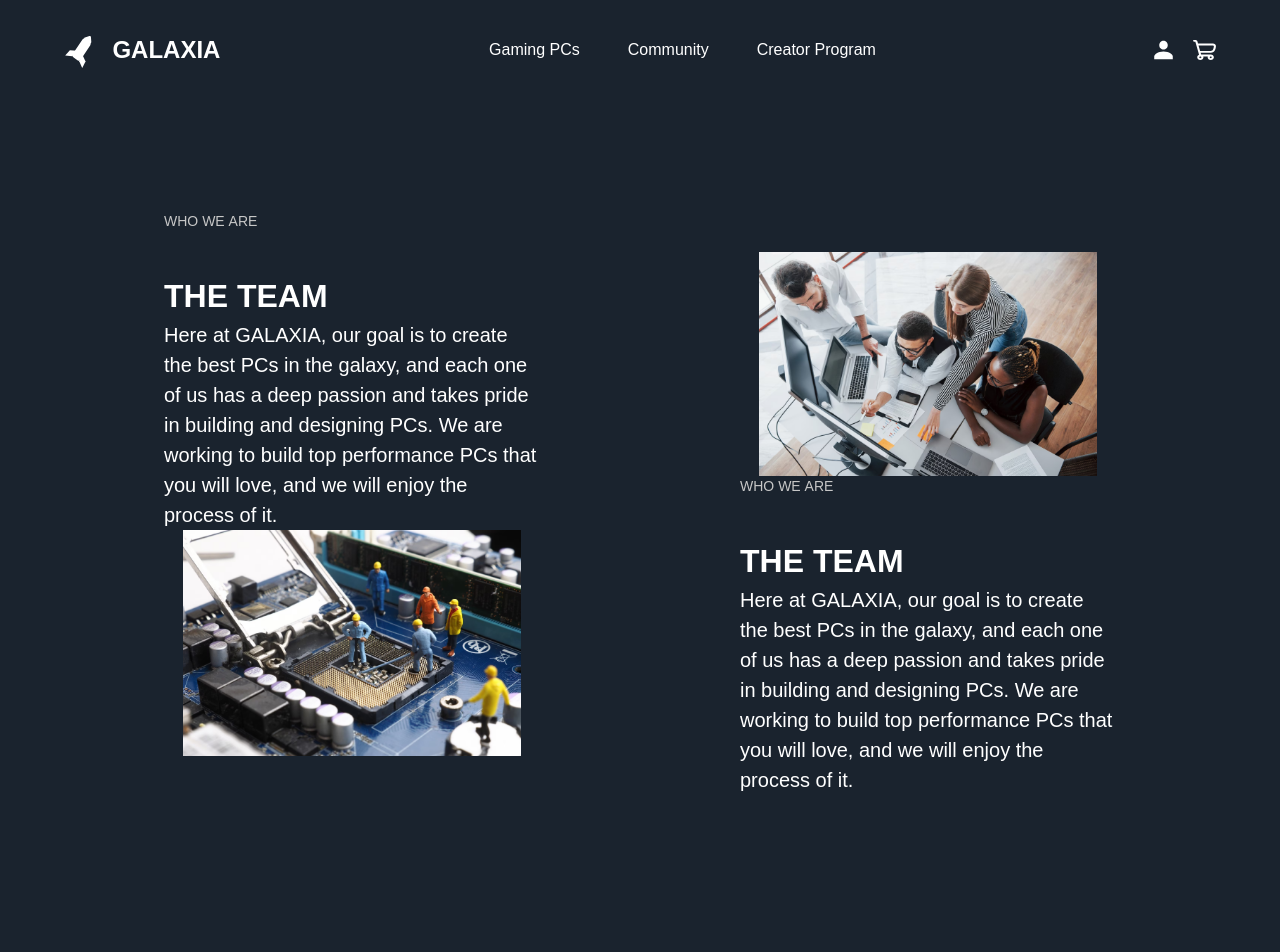
Repository: kaitlynlie/galaxia_pcs
Page: /community
These files come from the project's save history. The page is drawn as it stood at one moment and after the next save; the edit follows.
The browser window is 1280 px wide. The pictures show the part of the page from y = 0 to 952 px (the page is 2290 px tall).
Some web fonts or font styles are not loaded; a fallback is used. The project was rebuilt for these pictures with package versions that can differ from the ones it lists, and the page was loaded fresh each time. Also part of the build but not shown: vite.config.js, components/Button.jsx, components/PCcard.jsx, components/WhyFeatures.jsx, sections/Hero.jsx, sections/Triton.jsx, sections/Neptune.jsx, sections/Jupiter.jsx and 5 more. Imported but missing from the stored project, and not drawn on this page: src/assets/video.mp4.

Above is the page before, as saved 2023-08-08 18:40:31.

### index.html
<!DOCTYPE html>
<html lang="en">
  <head>
    <meta charset="UTF-8" />
    <link rel="icon" type="image/svg+xml" href="/logo.svg" />
    <link rel="preconnect" href="https://stijndv.com" />
    <link rel="stylesheet" href="https://stijndv.com/fonts/Eudoxus-Sans.css" />
    <meta name="viewport" content="width=device-width, initial-scale=1.0" />
    <title>GALAXIA</title>
  </head>
  <body>
    <div id="root"></div>
    <script type="module" src="/src/main.jsx"></script>
  </body>
</html>

### src/main.jsx
import React from 'react'
import App from './App.jsx'
import ReactDOM from 'react-dom';
import { BrowserRouter } from 'react-router-dom';


ReactDOM.render(
  <BrowserRouter>
    <App />
  </BrowserRouter>,
  document.getElementById('root'),
);

### src/App.jsx
import Navbar from '../components/Navbar'
import Home from '../pages/Home'
import Community from '../pages/Community'
import Creator from '../pages/Creator'
import PCs from '../pages/PCs'
import { Route, Routes } from 'react-router-dom'
import React from 'react'
import '../styles/globals.css'

function App() {

  return (
    <>
    <div className='bg-primary-black overflow-hidden'>
      <Navbar />
      <Routes>
        <Route index path="/" element={<Home />} />
        <Route path="pc" element={<PCs />} />
        <Route path="community" element={<Community />} />
        <Route path="creator" element={<Creator />} />
      </Routes>
     </div>
    </>
  )
}

export default App

### components/Navbar.jsx
import { motion } from "framer-motion";
import styles from '../styles'
import { navVariants, textVariant } from '../utils/motion'
import { useState } from "react";
import { RiMenu3Line, RiCloseLine } from 'react-icons/ri';
import { Link } from 'react-router-dom'
import React from 'react'

const Navbar = () => {
  const [toggleMenu, setToggleMenu] = useState(false);

  const [nav, setNav] = useState(false);

  const openNav = () => {
    setNav(!nav);
  };

  return(
   <motion.nav
    variants={navVariants}
    initial="show"
    whileInView="show"
    viewport={{ once: false, amount: 0.25 }}
    className={`${styles.xPaddings} py-8 relative`}
  >
    <div className={`${styles.innerWidth} mx-auto flex justify-between gap-8 inline-block`}>
      <div className="flex flex-row gap-4">
        <img
          src='./logo.svg'
          alt='logo'
          />
          <Link onClick={openNav} to="/"><motion.h1 variants={textVariant(1.1)} className="flex text-white font-bold text-[24px]">
            <a>GALAXIA</a>
          </motion.h1></Link>
      </div>

      <ul className='flex justify-center items-center text-white max-[880px]:hidden block'>
        <Link onClick={openNav} to='/pc'><li className="mr-12"><a>Gaming PCs</a></li></Link>
        <Link onClick={openNav} to='/community'><li className="mr-12"><a>Community</a></li></Link>
        <Link onClick={openNav} to='/creator'><li><a>Creator Program</a></li></Link>
      </ul>

      <div className="relative ml-1 pointer max-[880px]:block hidden z-10">
        {toggleMenu
          ? <RiCloseLine color="#fff" size={27} onClick={() => setToggleMenu(false)} />
          : <RiMenu3Line color="#fff" size={27} onClick={() => setToggleMenu(true)} />}
        {toggleMenu && (
        <div className="flex justify-end items-end flex-col text-end bg-[#026884ce] p-3 absolute top-[40px] right-[10px] mt-1 rounded-[5px] shadow z-10">
          <div className="none">
            <ul className='flex justify-end items-end flex-col text-white text-end p-1'>
              <Link onClick={openNav} to='/pc'><li><a>Gaming PCs</a></li></Link>
              <Link onClick={openNav} to='/community'><li className="mt-2 pointer"><a>Community</a></li></Link>
              <Link onClick={openNav} to='/creator'><li className="mt-2 pointer"><a>Creator Program</a></li></Link>
            </ul>
          </div>
        </div>
        )}
        </div>

        <div className="flex flex-row gap-4 items-center max-[880px]:hidden block">
        <img
          src='./user.svg'
          alt='user'
        />
        <img
          src='./cart.svg'
          alt='cart'
        />
      </div>
      </div>

  </motion.nav>
  );
};

export default Navbar;

### pages/Community.jsx
import { Footer, Navbar } from '../components';
import { People, Video } from '../sections';
import styles from '../styles';
import { TypingText } from '../components';
import React from 'react'

const Community = () => (
  <div className='bg-primary-black overflow-hidden'>
    <div className='relative'>
    {/* <span className={`${styles.xPaddings} font-extrabold text-white text-[40px]`}>COMMUNITY</span> */}
      <People />
      {/* <div className='gradient-03 z-0' /> */}
    </div>
    <div className='relative'>
      <Video />
      <div className={`w-full ${styles.xPaddings} md:px-[100px] mt-10 items-center flex-col flex justify-between relative mb-20`}>
          <TypingText title='WHO WE ARE' textStyles='text-center' />
          <div className={`${styles.xPaddings} font-normal text-center text-secondary-white mt-10 flex-col flex flex-center`}>
              <span className="font-extrabold text-white sm:text-[32px] text-[20px]">THE TEAM</span>
              <p className="text-[20px] text-white">Here at GALAXIA, our goal is to create the best PCs in the galaxy, and each one of us has a deep passion and takes pride in building and designing PCs. We are working to build top performance PCs that you will love, and we will enjoy the process of it.</p>
          </div>
        </div>
      {/* <div className='gradient-04 z-0' /> */}
      <Footer />
    </div>
  </div>
);

export default Community;

### styles/globals.css
@import "tailwindcss/base";

@import "tailwindcss/components";

@import "tailwindcss/utilities";

* {
  margin: 0;
  padding: 0;
  box-sizing: border-box;
  font-family: "Eudoxus Sans", sans-serif;
  scroll-behavior: smooth;
}

.gradient-01 {
  background-image: linear-gradient(
    270deg,
    hsl(295deg 76% 51%) 0%,
    hsl(284deg 70% 73%) 26%,
    hsl(257deg 70% 86%) 39%,
    hsl(202deg 92% 90%) 50%,
    hsl(215deg 77% 81%) 61%,
    hsl(221deg 73% 70%) 74%,
    hsl(220deg 76% 51%) 100%
  );
  filter: blur(125px);
}

.hero-gradient {
  background: linear-gradient(
    97.86deg,
    #a509ff 0%,
    #34acc7 53.65%,
    #a134c7 100%
  );
}

.gradient-02 {
  position: absolute;
  width: 200px;
  height: 438px;
  top: 0px;
  right: 0px;

  background: #7aebfb;
  filter: blur(190px);
}

.glassmorphism {
  background: rgba(255, 255, 255, 0.25);
  box-shadow: 0 8px 32px 0 rgba(31, 38, 135, 0.37);
  backdrop-filter: blur(4px);
  -webkit-backdrop-filter: blur(4px);
  border: 1px solid rgba(255, 255, 255, 0.18);
}

.gradient-03 {
  position: absolute;
  width: 404px;
  height: 800px;
  left: 20%;
  top: 5%;

  background: rgba(149, 66, 232, 0.35);
  filter: blur(175px);
  transform: rotate(-114.2deg);
}

.gradient-04 {
  position: absolute;
  width: 304px;
  height: 100vh;
  left: 30%;
  top: 10%;

  background: rgba(45, 72, 152, 0.75);
  filter: blur(200px);
  transform: rotate(-53.13deg);
}

.gradient-05 {
  background: linear-gradient(
    180deg,
    rgba(255, 255, 255, 0.04) 0%,
    rgba(255, 255, 255, 0) 100%
  );
}

.feedback-gradient {
  position: absolute;
  width: 200px;
  height: 316px;
  left: 0px;
  top: 0px;

  background: #8d39a3;
  filter: blur(175px);
}

.footer-gradient {
  position: absolute;
  width: 500px;
  height: 100px;
  left: 37%;
  bottom: 0;

  background: #65c4fa;
  filter: blur(150px);
}

.object {
  animation: MoveUpDown 4s linear infinite;
  position: relative;
  left: 0;
  bottom: 0;
}

@keyframes MoveUpDown {
  0%, 100% {
    bottom: 0;
  }
  50% {
    bottom: 100px;
  }
}

### styles/index.js
const styles = {
    innerWidth: '2xl:max-w-[1280px] w-full',
    interWidth: 'lg:w-[80%] w-[100%]',

    paddings: 'sm:p-16 xs:p-8 px-6 py-12',
    yPaddings: 'sm:py-16 xs:py-8 py-12',
    xPaddings: 'sm:px-16 px-6',
    topPaddings: 'sm:pt-16 xs:pt-8 pt-12',
    bottomPaddings: 'sm:pb-16 xs:pb-8 pb-12',

    flexCenter: 'flex justify-center items-center',
    flexStart: 'flex justify-start items-start',
    flexEnd: 'flex justify-end',
    navPadding: 'pt-[98px]',

    // hero section
    heroHeading:
        'font-bold lg:text-[144px] md:text-[100px] sm:text-[60px] text-[44px] lg:leading-[158.4px] md:leading-[114.4px] sm:leading-[74.4px] leading-[64.4px] uppercase text-white',
    heroDText:
        'md:w-[212px] sm:w-[80px] w-[60px] md:h-[108px] sm:h-[48px] h-[38px] md:border-[18px] border-[9px] rounded-r-[50px] border-white sm:mx-2 mx-[6px]',
  };

  export default styles;

### utils/motion.js
export const navVariants = {
  hidden: {
    opacity: 0,
    y: -50,
    transition: {
      type: 'spring',
      stiffness: 300,
      damping: 140,
    },
  },
  show: {
    opacity: 1,
    y: 0,
    transition: {
      type: 'spring',
      stiffness: 80,
      delay: 1,
    },
  },
};

export const slideIn = (direction, type, delay, duration) => ({
  hidden: {
    x: direction === 'left' ? '-100%' : direction === 'right' ? '100%' : 0,
    y: direction === 'up' ? '100%' : direction === 'down' ? '100%' : 0,
  },
  show: {
    x: 0,
    y: 0,
    transition: {
      type,
      delay,
      duration,
      ease: 'easeOut',
    },
  },
});

export const staggerContainer = (staggerChildren, delayChildren) => ({
  hidden: {},
  show: {
    transition: {
      staggerChildren,
      delayChildren,
    },
  },
});

export const textVariant = (delay) => ({
  hidden: {
    y: 50,
    opacity: 0,
  },
  show: {
    y: 0,
    opacity: 1,
    transition: {
      type: 'spring',
      duration: 1.25,
      delay,
    },
  },
});

export const textContainer = {
  hidden: {
    opacity: 0,
  },
  show: (i = 1) => ({
    opacity: 1,
    transition: { staggerChildren: 0.1, delayChildren: i * 0.1 },
  }),
};

export const textVariant2 = {
  hidden: {
    opacity: 0,
    y: 20,
  },
  show: {
    opacity: 1,
    y: 0,
    transition: {
      type: 'tween',
      ease: 'easeIn',
    },
  },
};

export const fadeIn = (direction, type, delay, duration) => ({
  hidden: {
    x: direction === 'left' ? 100 : direction === 'right' ? -100 : 0,
    y: direction === 'up' ? 100 : direction === 'down' ? -100 : 0,
    opacity: 0,
  },
  show: {
    x: 0,
    y: 0,
    opacity: 1,
    transition: {
      type,
      delay,
      duration,
      ease: 'easeOut',
    },
  },
});

export const planetVariants = (direction) => ({
  hidden: {
    x: direction === 'left' ? '-100%' : '100%',
    rotate: 120,
  },
  show: {
    x: 0,
    rotate: 0,
    transition: {
      type: 'spring',
      duration: 1.8,
      delay: 0.5,
    },
  },
});

export const zoomIn = (delay, duration) => ({
  hidden: {
    scale: 0,
    opacity: 0,
  },
  show: {
    scale: 1,
    opacity: 1,
    transition: {
      type: 'tween',
      delay,
      duration,
      ease: 'easeOut',
    },
  },
});

export const footerVariants = {
  hidden: {
    opacity: 0,
    y: 50,
    transition: {
      type: 'spring',
      stiffness: 300,
      damping: 140,
    },
  },
  show: {
    opacity: 1,
    y: 0,
    transition: {
      type: 'spring',
      stiffness: 80,
      delay: 0.5,
    },
  },
};

### components/index.js
import Navbar from './Navbar';
import { TypingText, TitleText } from './CustomTexts';
import PCcard from './PCcard';
import WhyFeatures from './WhyFeatures';
import Footer from './Footer';
import Button from './Button';

export {
  Navbar,
  TitleText,
  TypingText,
  WhyFeatures,
  PCcard,
  Footer,
  Button,
};

### sections/index.js
import Hero from './Hero';
import Triton from './Triton';
import Neptune from './Neptune';
import Jupiter from './Jupiter';
import WhyUs from './WhyUs';
import People from './People';
import Video from './Video'
import Program from './Program'

export {
  Hero,
  Triton,
  Neptune,
  Jupiter,
  WhyUs,
  People,
  Video,
  Program
};

### components/CustomTexts.jsx
'use client';

import { motion } from "framer-motion";
import { textContainer, textVariant2 } from '../utils/motion'

export const TypingText = ({ title, textStyles}) => (
  <motion.p
    variants={textContainer}
    className={`font-normal text-[14px] text-secondary-white ${textStyles}`}
  >
    {Array.from(title).map((letter, index) => (
      <motion.span variants={textVariant2} key={index}>
        {letter === ' ' ? '\u00A0' : letter}
      </motion.span>
    ))}
  </motion.p>
);

export const TitleText = ({ title, textStyles}) => (
  <motion.h2
    variants={textVariant2}
    initial='hidden'
    whileInView='show'
    className={`mt-[22px] font-bold text-[32px] text-white ${textStyles}`}>
      {title}
  </motion.h2>
);

### components/Footer.jsx
'use client';
import { motion } from "framer-motion";
import { socials } from "../constants";
import styles from "../styles";
import { footerVariants } from "../utils/motion";

const Footer = () => (
  <motion.footer
    variants={footerVariants}
    initial='show'
    whileInView='show'
    viewport={{ once: true, amount: 0.25 }}
    className={`${styles.paddings} py-8 relative`}>
    {/* <div className="footer-gradient" /> */}
    <div className={`${styles.innerWidth} mx-auto flex flex-col gap-8`}>
      <div className="flex items-center sm:justify-between flex-wrap gap-5">
        <h4 className="font-bold md:text-[64px] text-[44px] text-white">Stay Up to Date</h4>
        <button type="button" className="flex items-center h-fit py-4 px-6 bg-[#25618b] rounded-[32px] gap-[12px]">
          <img src='/logo.svg' alt='logo' className="w-[24px] h-[24px] object-contains"/>
          <span className="font-normal text-[16px] text-white">Sign Up</span>
        </button>
      </div>

      <div className="flex flex-col">
        <div className="mb-[50px] h-[2px] bg-white opacity-10"/>
        <div className="flex items-center justify-between flex-wrap gap-4">
          <h4 className="font-extrabold text-[24px] text-white">GALAXIA</h4>
          <p className="font-normal text-[14px] text-white opacity-50">
          Copyright © 2023 - 2024 Galaxia. All rights reserved.
          </p>
          <div className="flex gap-4">
            {socials.map((social) => (
              <img
                key={social.name}
                src={social.url}
                alt={social.name}
                className="w-[24px] h-[24px] object-contain cursor-pointer" />
            ))}
          </div>
        </div>
      </div>
    </div>
  </motion.footer>
);

export default Footer;

### sections/People.jsx
import React from 'react'

import { motion } from "framer-motion";
import { TypingText, Button } from '../components'
import styles from '../styles';
import { fadeIn, staggerContainer } from '../utils/motion';

const People = () => (
    <section className={`${styles.xPaddings} relative z-10 py-8 flex flex-row justify-center items-center mt-10`}>
      {/* <div className={`${styles.innerWidth} md:px-[100px] mb-0 items-center flex-row max-[1234px]:flex-col flex justify-between`}> */}
      <div className='flex flex-row justify-center items-center'>
      <div className={`${styles.innerWidth} md:px-[100px] mb-0 items-center flex-col flex justify-between`}>
        {/* <div className='mr-24 max-[1234px]:mr-0'> */}
        <div>
          <TypingText title='WHO WE ARE' textStyles='text-start max-[1234px]:text-center' />
          <div className="font-normal text-start max-[1234px]:text-center text-secondary-white mt-10 flex-col flex flex-center">
              <span className="font-extrabold text-white sm:text-[32px] text-[20px]">THE TEAM</span>
              <p className="text-[20px] text-white">Here at GALAXIA, our goal is to create the best PCs in the galaxy, and each one of us has a deep passion and takes pride in building and designing PCs. We are working to build top performance PCs that you will love, and we will enjoy the process of it.</p>
          </div>
        </div>

        <img
          src="/process.png"
          alt="process"
          className="z-10 relative w-[90%] h-[90%]"
        />
          {/* <img
            src="/team.png"
            alt="team"
            className="z-10 relative w-[90%] h-[90%] max-[1234px]:mt-20 max-[1234px]:hidden"
          /> */}
    </div>

    <div className={`${styles.innerWidth} ${styles.xPaddings} md:px-[100px] mb-0 items-center flex-col flex justify-between mt-20`}>
      <img
        src="/team.png"
        alt="team"
        className="z-10 relative w-[90%] h-[90%] max-[1234px]:mt-20 max-[1234px]:hidden"
      />

      {/* <div className='ml-24 max-[1234px]:ml-0 max-[1234px]:mt-20'> */}
      <div>
        <TypingText title='WHO WE ARE' textStyles='text-start max-[1234px]:text-center' />
        <motion.div
          variants={fadeIn('up', 'tween', 0.2, 1)}
          viewport={{ once: true, amount: 0.25}}
          className="font-normal max-[1234px]:text-center text-start text-secondary-white mt-10 flex-col flex flex-center">
            <span className="font-extrabold text-white sm:text-[32px] text-[20px]">THE TEAM</span>
            <p className="text-[20px] text-white">Here at GALAXIA, our goal is to create the best PCs in the galaxy, and each one of us has a deep passion and takes pride in building and designing PCs. We are working to build top performance PCs that you will love, and we will enjoy the process of it.</p>
        </motion.div>
      </div>
    </div>
    </div>
</section>
);

export default People

### sections/Video.jsx
import React, { useState } from 'react';
import { BsFillPlayFill, BsPauseFill } from 'react-icons/bs'
import { video } from '../src/assets';
import styles from '../styles';
import { TypingText } from '../components';

const Video = () => {
  const vidRef = React.useRef();
  const [playVideo, setplayVideo] = React.useState(false)
  const handleVideo = () => {
    setplayVideo((prevPlayVideo) => !prevPlayVideo)
    if(playVideo) {
      vidRef.current.pause();
    } else {
      vidRef.current.play();
    }
  }
  return (
    <div className={`h-screen relative mt-20 max-[1200px]:px-0 px-80 py-20 max-[1200px]:py-0`}>
      <video
        src={video}
        ref={vidRef}
        className='object-cover w-[100%] h-[100%]'
        type='video/mp4'
        loop
        controls = {false}
        muted
      />
      <div className='absolute flex justify-center items-center inset-0'>
        <div
        className='flex justify-center items-center pointer rounded-full border border-white w-[100px] h-[100px]'
        onClick={handleVideo}>
          {playVideo
          ? ( <BsPauseFill color='#fff' fontSize={50}/>
          ) : <BsFillPlayFill color='#fff' fontSize={50}/> }
        </div>
      </div>
    </div>
  )
};

export default Video;

### constants/index.js
export const neptuneSet = [
  {
    imgUrl: '/pc3.png',
    title: 'THALASSA',
    price: '$1,099.99 USD',
    xprice: '$1,299.99 USD',
  },
  {
    imgUrl: '/pc2.png',
    title: 'NEREID',
    price: '$1,399.99 USD',
    xprice: '$1,699.99 USD',
  },
  {
    imgUrl: '/pc1.png',
    title: 'TRITON',
    price: '$1,599.99 USD',
    xprice: '$1,999.99 USD'
  }
];

export const jupiterSet = [
  {
    imgUrl: '/pc4.png',
    title: 'EUROPA',
    price: '$2,499.99 USD',
    xprice: '$2,699.99 USD',
  },
  {
    imgUrl: '/pc5.png',
    title: 'CALLISTO',
    price: '$2,599.99 USD',
    xprice: '$2,799.99 USD',
  },
  {
    imgUrl: '/pc6.png',
    title: 'GANYMEDE',
    price: '$2,799.99 USD',
    xprice: '$2,999.99 USD'
  }
]

export const whyUs = [
  {
    number: 1,
    subtitle: 'Built with the highest quality of materials, Galaxia hand builds and ships worldwide, delivering with a white glove service.'
  },
  {
    number: 2,
    subtitle: 'We offer a 1 year full parts and labor warranty in case anything happens, so you can spend your time having fun instead fo worrying.'
  },
  {
    number: 3,
    subtitle: 'We are not lying when we say we have the highest performing PCs in the galaxy, with quality parts and expert craftmanship for the best experience.'
  }
]

export const creators = [
  {
    number: 1,
    subtitle: 'When you sign up for our GALAXIA creator program, your application will be interviewed by our team. Then, if you are the right fit, you will receive a response.'
  },
  {
    number: 2,
    subtitle: 'If you have been accepted to our program, then congratulations! You will receive a welcome email, tracking link, creator panel, and more you will need to be a GALAXIA creator.'
  },
  {
    number: 3,
    subtitle: 'Once your creator panel is up and running, you will receive 5% of every sale you make by using your link!'
  }
]

export const socials = [
  {
    name: 'twitter',
    url: '/twitter.svg',
  },
  {
    name: 'linkedin',
    url: '/linkedin.svg',
  },
  {
    name: 'instagram',
    url: '/instagram.svg',
  },
  {
    name: 'facebook',
    url: '/facebook.svg',
  },
];

### src/assets/index.js
import video from './video.mp4'

export {
    video
}

### tailwind.config.js
/** @type {import('tailwindcss').Config} */
module.exports = {
  content: [
    "./src/**/*.{html,js,jsx}",
    './pages/**/*.{html,js,jsx}',
    './components/**/*.{html,js,jsx}',
    './sections/**/*.{html,js,jsx}',
    './styles/**/*.{js,jsx}',
  ],
  mode: 'jit',
  theme: {
    extend: {
      colors: {
        'primary-black': '#1A232E',
        'secondary-white': '#c7c7c7',
      },
      transitionTimingFunction: {
        'out-flex': 'cubic-bezier(0.05, 0.6, 0.4, 0.9)',
      },
    },
  },
  plugins: [],
};

After the next save:
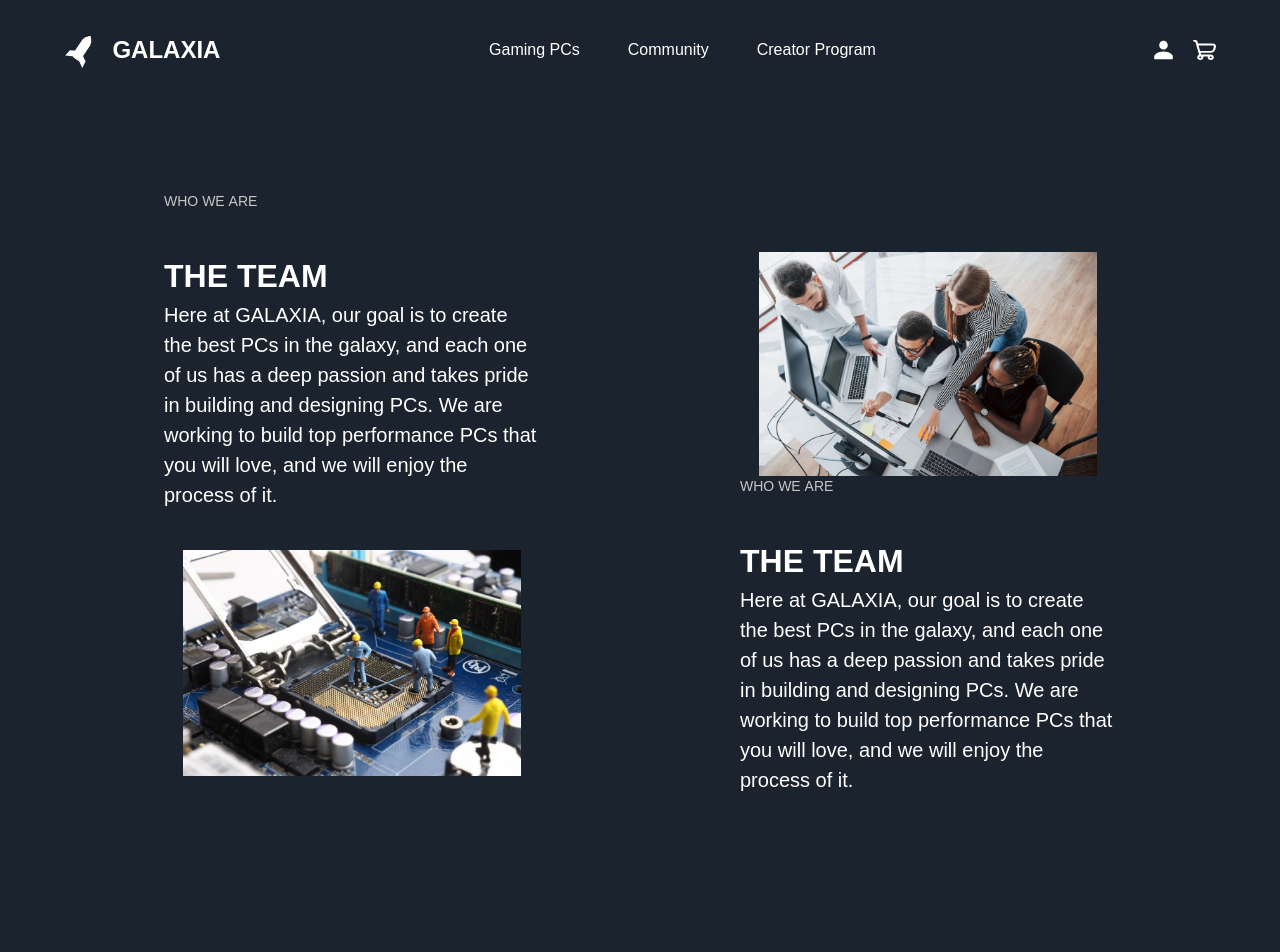
Saved 10 s later.
--- a/sections/People.jsx
+++ b/sections/People.jsx
@@ -22,7 +22,7 @@
         <img
           src="/process.png"
           alt="process"
-          className="z-10 relative w-[90%] h-[90%]"
+          className="z-10 relative w-[90%] h-[90%] mt-10"
         />
           {/* <img
             src="/team.png"
